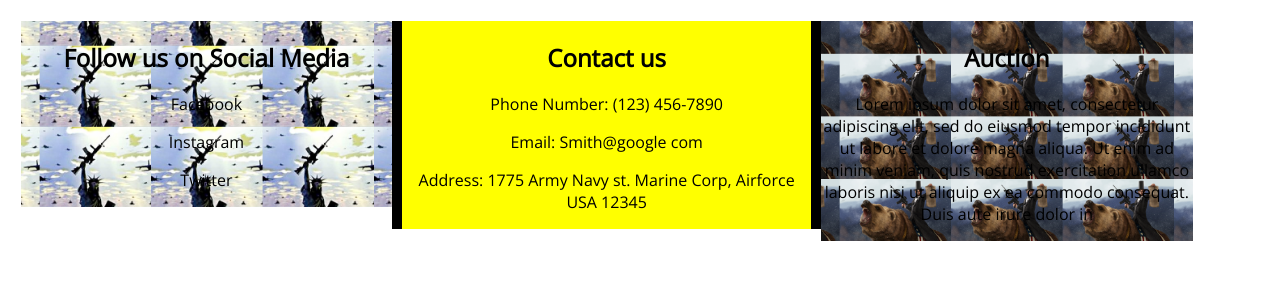
Repository: 3EyEdRav3n/10-2020-cohort-course
Page: week-1/Week-1 Assignment/index.html
The author's editor kept a copy of each file at every save. The page is drawn from the files as they stood at one save, then again after the next save.
The browser window is 1280 px wide. The pictures show the whole page.

Above is the page before, as saved 2020-11-01 21:46:35.

### week-1/Week-1 Assignment/index.html
<!DOCTYPE html>
<html lang="en">
  <head>
    <meta charset="UTF-8" />
    <meta name="viewport" content="width=device-width, initial-scale=1.0" />
    <link rel="stylesheet" href="./styles.css" />
    <link
      href="https://fonts.googleapis.com/css2?family=Open+Sans&display=swap"
      rel="stylesheet"
    />
    <link
      href="https://fonts.googleapis.com/css2?family=Open+Sans&family=Roboto+Slab:wght@500&display=swap"
      rel="stylesheet"
    />

    <title>VetTech</title>
  </head>
  <body>
    <div class="container">
      <div class="left-col">
        <h2>Follow us on Social Media</h2>
        <p>Facebook</p>
        <p>Instagram</p>
        <p>Twitter</p>
      </div>

      <div class="center-col">
        <h2>Contact us</h2>
        <p class="ph">Phone Number: (123) 456-7890</p>
        <p class="em">Email: Smith@google com</p>
        <p class="add">
          Address: 1775 Army Navy st. Marine Corp, Airforce USA 12345
        </p>
      </div>
      <div class="right-col">
        <h2>Auction</h2>
        <p>
          Lorem ipsum dolor sit amet, consectetur adipiscing elit, sed do
          eiusmod tempor incididunt ut labore et dolore magna aliqua. Ut enim ad
          minim veniam, quis nostrud exercitation ullamco laboris nisi ut
          aliquip ex ea commodo consequat. Duis aute irure dolor in
        </p>
      </div>
    </div>
  </body>
</html>

### week-1/Week-1 Assignment/styles.css

.container{
        font-family: 'Open Sans', sans-serif;
        min-height:500px;
        padding: 1%;
        box-sizing: border-box;
}
.left-col{
        background-image: url("/images/liberty.jpg");
        background-position: bottom center;
        background-size: 30%;
        background-color: #cccccc;
        text-align: center;
        width: 30%;
        float: left;
}
.center-col{
        background-color: yellow;
        border-left: 10px solid;
        border-right: 10px solid;
        text-align: center;
        width: 33%;
        float: left;
}
.right-col{
        background-image: url("/images/lincoln.jpg");
        background-position: bottom center;
        background-size: 30%;
        background-color: #cccccc;
        text-align: center;
        float: left;
        width: 30%;

}



h1 {
        font-family: 'Open Sans', sans-serif;
}

After the next save:
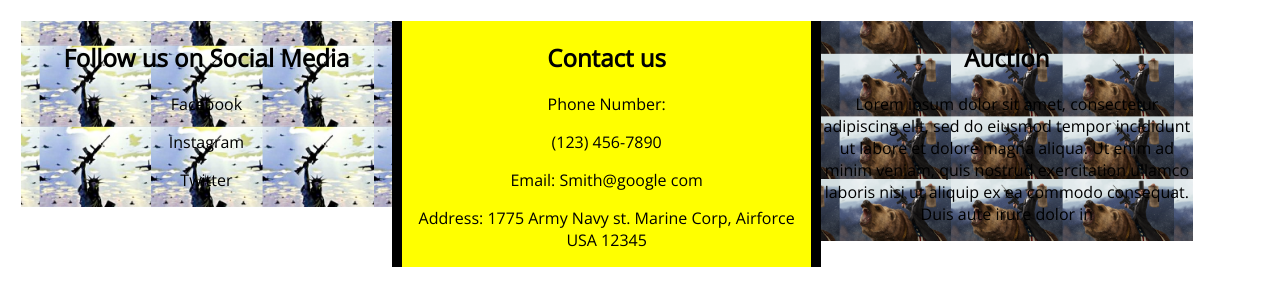
Saved 81 s later.
--- a/week-1/Week-1 Assignment/index.html
+++ b/week-1/Week-1 Assignment/index.html
@@ -26,7 +26,9 @@
 
       <div class="center-col">
         <h2>Contact us</h2>
-        <p class="ph">Phone Number: (123) 456-7890</p>
+        <p class="ph">Phone Number:
+          <p>(123) 456-7890</p>
+        </p>
         <p class="em">Email: Smith@google com</p>
         <p class="add">
           Address: 1775 Army Navy st. Marine Corp, Airforce USA 12345
